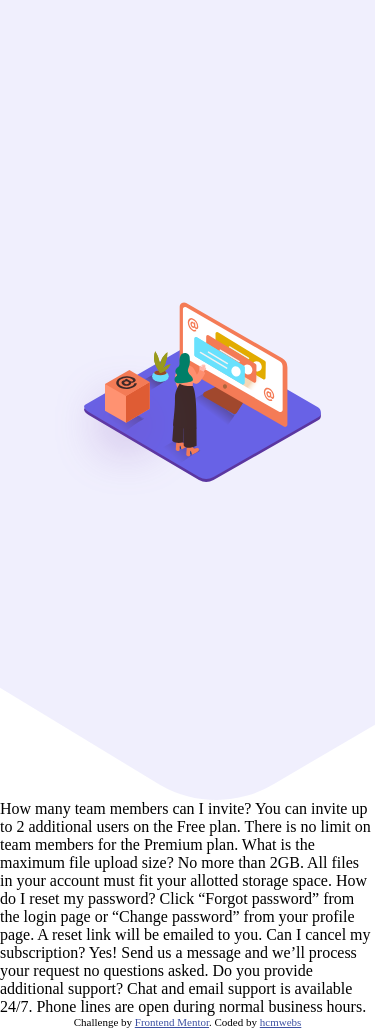
Repository: Hcmwebs/faq-accordion-card
Page: index.html
These files come from the project's save history. The page is drawn as it stood at one moment and after the next save; the edit follows.
The browser window is 375 px wide. The pictures show the whole page.
The style sheet was rebuilt from its Sass, Less or Tailwind sources for each picture, by a compiler version that may differ from the author's.

Above is the page before, as saved 2020-11-05 12:36:17.

After the next save:
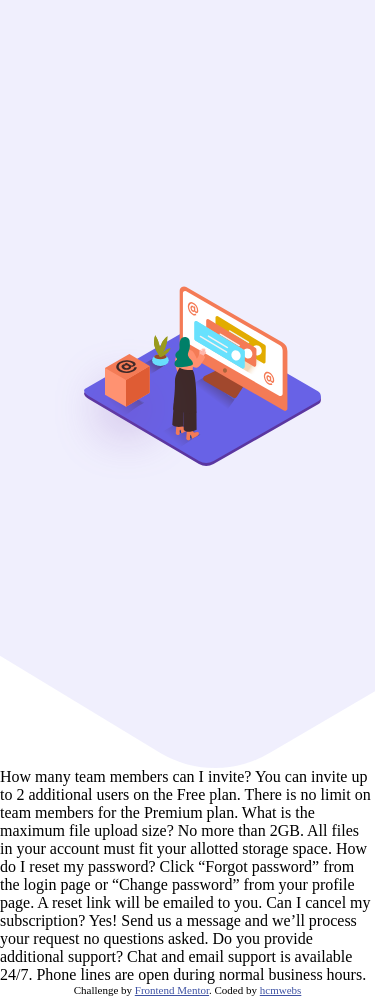
Saved 65 s later.
--- a/scss/_medias.scss
+++ b/scss/_medias.scss
@@ -17,6 +17,8 @@
 
 @media(max-width: 375px){
   .container{
+    width: 375px;
+    height: 768px;
     min-width: 320px;
     background-image: url(/images/bg-pattern-mobile.svg);
 
